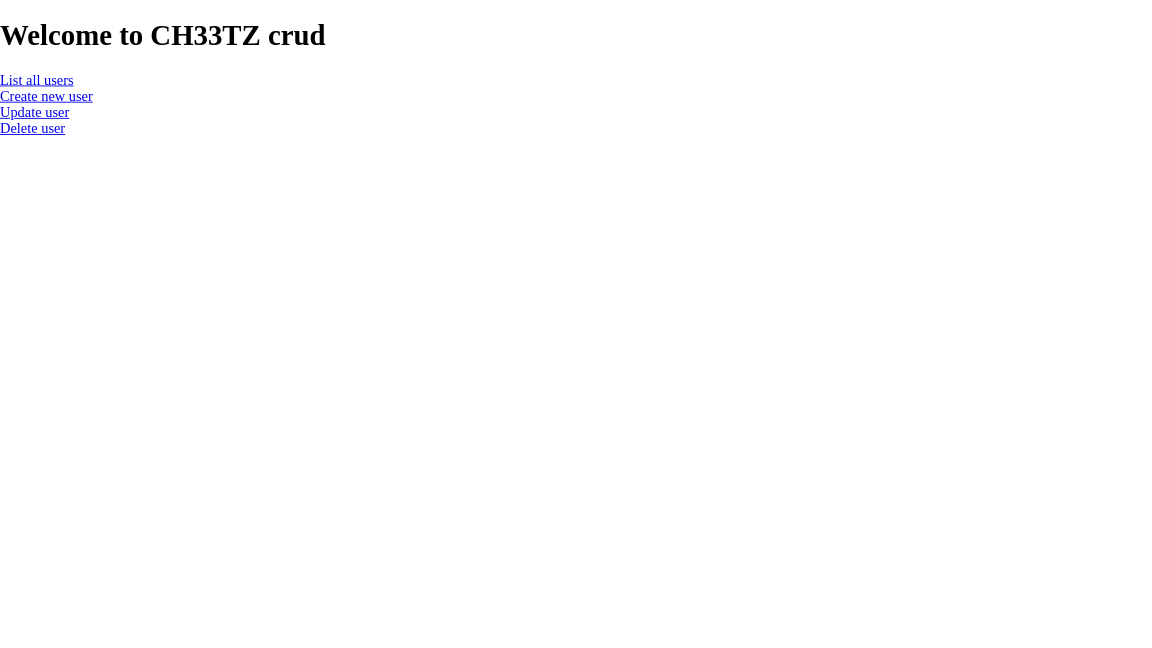
Repository: ivanmirandastavenuiter/spring-boot-mvc-crud
Page: http://localhost/ch33tz/
An editor plug-in stored every save of this project. The page is shown before and after the next save, followed by the edit.
The browser window is 1280 px wide. The pictures show the whole page, at 90% of full size.
Some web fonts or font styles are not loaded; a fallback is used. The page is served by Tomcat 9.

Above is the page before, as saved 2020-04-28 16:15:43.

After the next save:
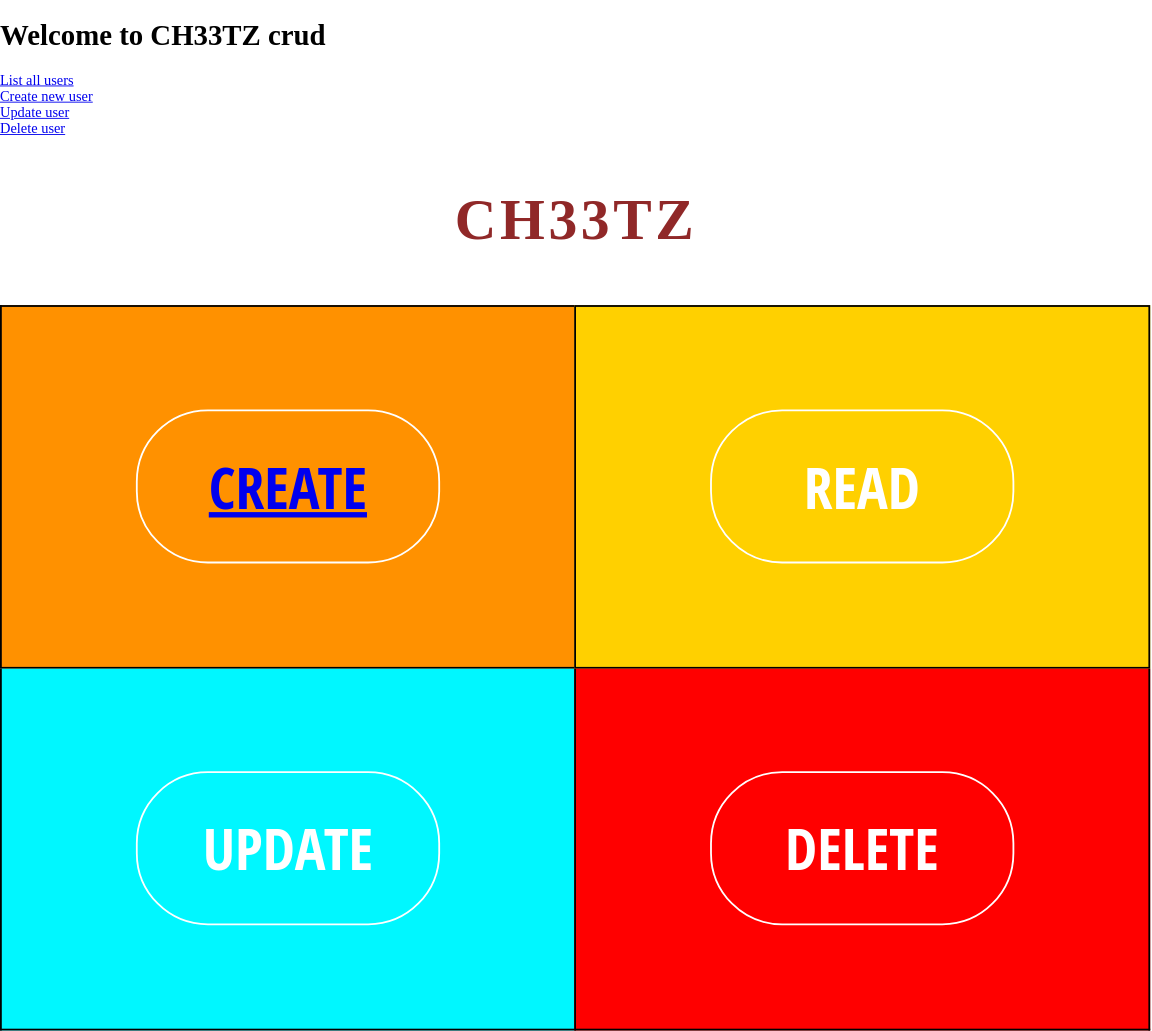
Saved 55 s later.
--- a/ch33tz/src/main/webapp/index.jsp
+++ b/ch33tz/src/main/webapp/index.jsp
@@ -100,5 +100,143 @@
 <a href="${contextPath}/user/list">Update user</a><br>
 <a href="${contextPath}/user/list">Delete user</a>
 
+<div class="main-container">
+
+        <div class="title-container">
+            <h1 class="main-title">CH33TZ</h1>
+        </div>
+
+        <div class="operations-container">
+            <div class="operation-item-c">
+                <div class="operation-label">
+                    <a href="${contextPath}/user/list">CREATE</a>
+                </div>
+            </div>
+            <div class="operation-item-r">
+                <div class="operation-label">
+                    READ
+                </div>
+            </div>
+            <div class="operation-item-u">
+                <div class="operation-label">
+                    UPDATE
+                </div>
+            </div>
+            <div class="operation-item-d">
+                <div class="operation-label">
+                    DELETE
+                </div>
+            </div>
+        </div>
+    </div>
+
+    <script>
+
+
+        $(document).ready(function() {
+
+            let operationItems = $('div[class^="operation-item"]').children();
+
+            operationItems.each(function() {
+                let parentClassName = $(this).parent().attr('class');
+
+                switch(parentClassName) {
+
+                    // Orange
+                    case 'operation-item-c':
+
+                        $(this).hover(
+                            function() {
+                                $(this).css({
+                                    "border-color" : "#ff9100",
+                                    "color" : "#ff9100"
+                                });
+                                $(this).parent().css("background", "#fff");
+                            },
+                            function() {
+                                $(this).css({
+                                    "border-color" : "#fff",
+                                    "color" : "#fff"
+                                });
+                                $(this).parent().css("background", "#ff9100");
+                            }
+                        );
+
+                    break;
+
+                    // Yellow
+                    case 'operation-item-r':
+
+                        $(this).hover(
+                            function() {
+                                $(this).css({
+                                    "border-color" : "#ffd000",
+                                    "color" : "#ffd000"
+                                });
+                                $(this).parent().css("background", "#fff");
+                            },
+                            function() {
+                                $(this).css({
+                                    "border-color" : "#fff",
+                                    "color" : "#fff"
+                                });
+                                $(this).parent().css("background", "#ffd000");
+                            }
+                        );
+
+                    break;
+
+                    // Blue
+                    case 'operation-item-u':
+
+                        $(this).hover(
+                            function() {
+                                $(this).css({
+                                    "border-color" : "#00f7ff",
+                                    "color" : "#00f7ff"
+                                });
+                                $(this).parent().css("background", "#fff");
+                            },
+                            function() {
+                                $(this).css({
+                                    "border-color" : "#fff",
+                                    "color" : "#fff"
+                                });
+                                $(this).parent().css("background", "#00f7ff");
+                            }
+                        );
+
+                    break;
+
+                    // Red
+                    case 'operation-item-d':
+
+                        $(this).hover(
+                            function() {
+                                $(this).css({
+                                    "border-color" : "#ff0000",
+                                    "color" : "#ff0000"
+                                });
+                                $(this).parent().css("background", "#fff");
+                            },
+                            function() {
+                                $(this).css({
+                                    "border-color" : "#fff",
+                                    "color" : "#fff"
+                                });
+                                $(this).parent().css("background", "#ff0000");
+                            }
+                        );
+
+                    break;
+
+                }
+
+            });
+
+        });
+
+    </script>
+
 </body>
 </html>
